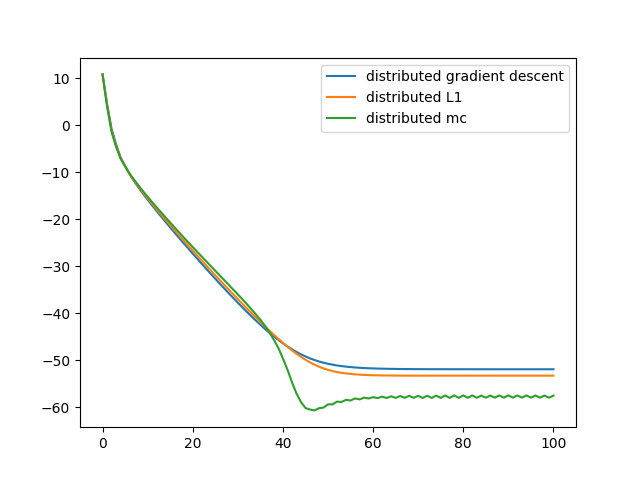
Repository: komuro-zero/distributed-optimization
Script's output: python main_wj_noisyd.py
The author's editor kept a copy of each file at every save. The script's output is drawn from the files as they stood at one save, then again after the next save.
Random numbers start from a fixed seed.

Above is the script's output before, as saved 2019-09-24 14:11:03.

After the next save:
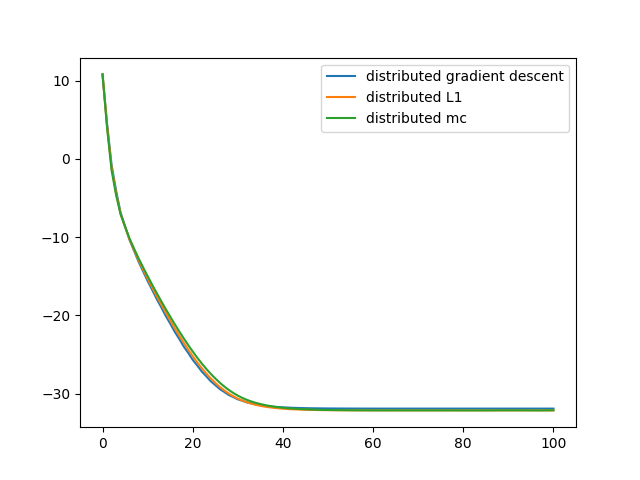
Saved 54 s later.
--- a/main_wj_noisyd.py
+++ b/main_wj_noisyd.py
@@ -30,7 +30,7 @@ class distributed_updates(functions):
         w_star = self.w_star_weakly_sparse(self.N,self.sparsity_percentage)
         print(w_star)
         U_all = randn(self.m,self.N)
-        w_star_noise = w_star+randn(self.N,1)/1000
+        w_star_noise = w_star+randn(self.N,1)/100
         d_all = np.dot(U_all,w_star_noise)
         L2 = np.dot(w_star.T,w_star)
 
